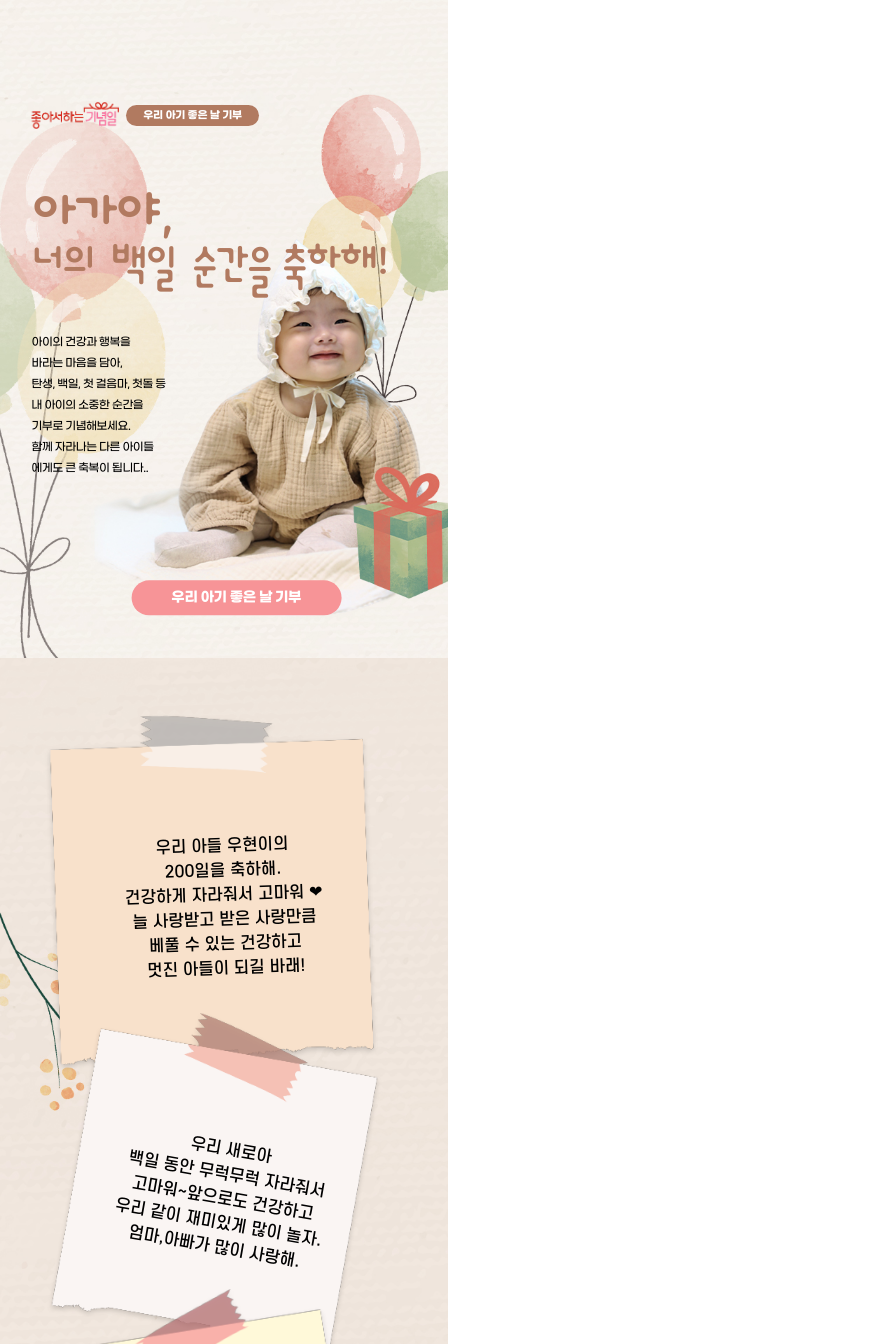
Repository: dlgywls1130/save_children_m
Page: index.html
The author's editor kept a copy of each file at every save. The page is drawn from the files as they stood at one save, then again after the next save.
The browser window is 1280 px wide. The pictures show the part of the page from y = 0 to 1920 px (the page is 9980 px tall), at 70% of full size.

Above is the page before, as saved 2023-12-13 20:16:53.

After the next save:
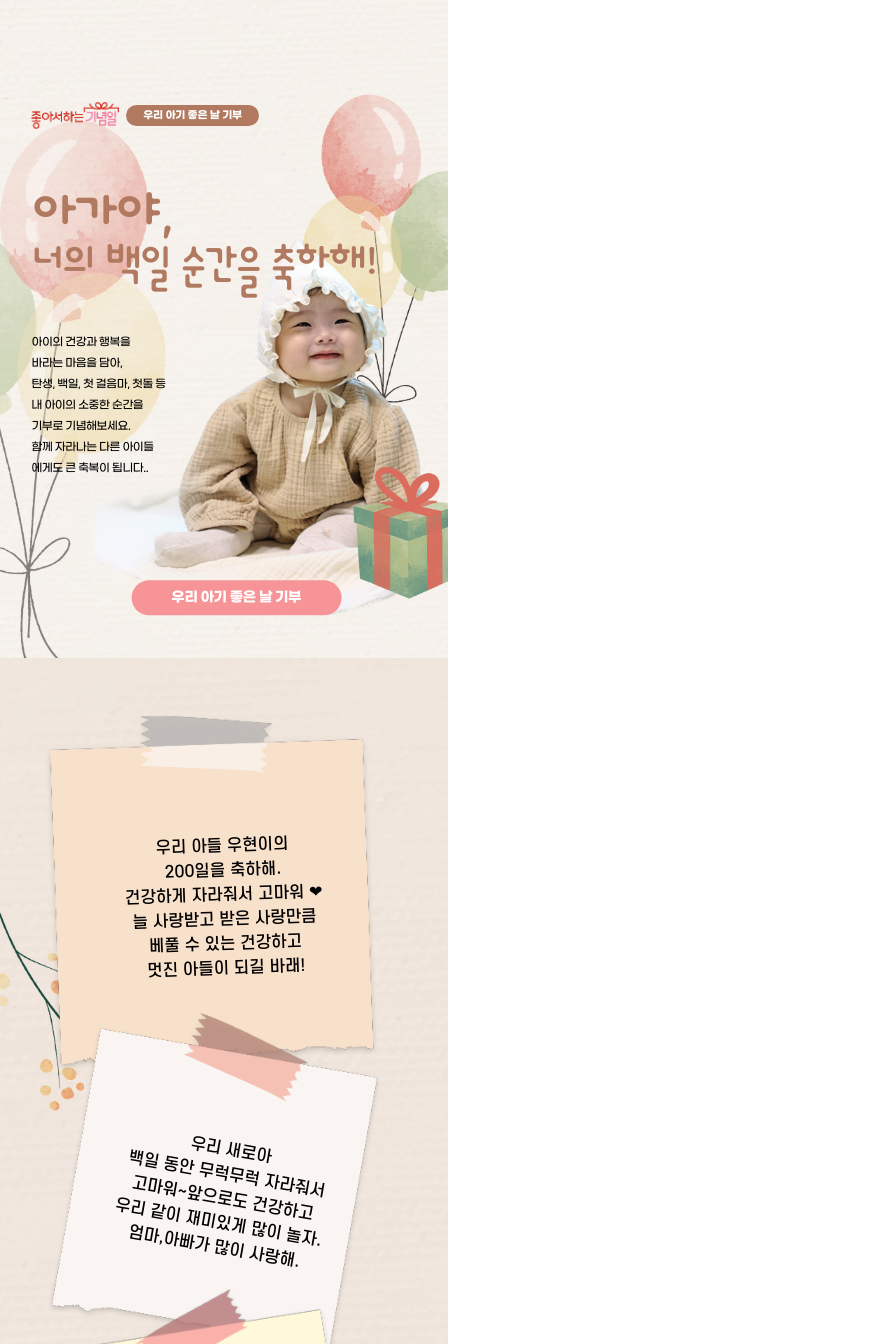
Saved 56 s later.
--- a/css/style.css
+++ b/css/style.css
@@ -177,7 +177,7 @@
 }
 
 .seo01_title_two span{
-    margin: 0 1.5rem;
+    margin: 0 1rem;
 }
 .section_descript{
     font-size: 20x;
